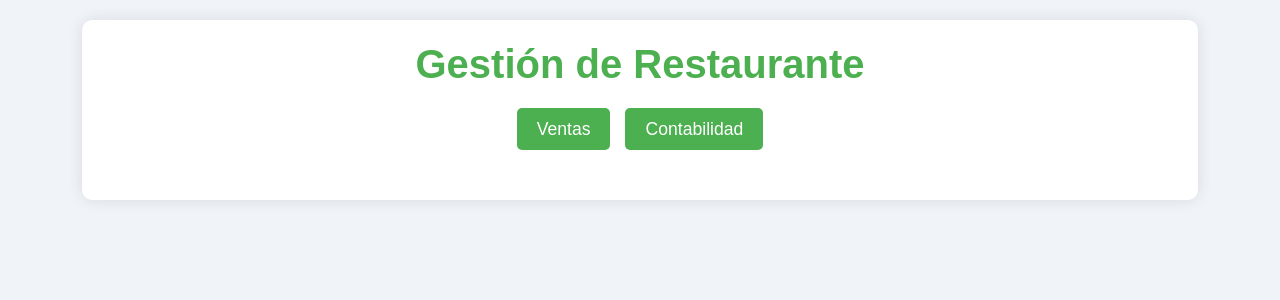
Repository: ElyulienUwU/Ingenieria_De_Software-Hamburguesas-
Page: index.html
An editor plug-in stored every save of this project. The page is shown before and after the next save, followed by the edit.
The browser window is 1280 px wide. The pictures show the whole page.

Above is the page before, as saved 2025-05-01 18:50:22.
Console error: TypeError: Cannot read properties of null (reading 'classList')

After the next save:
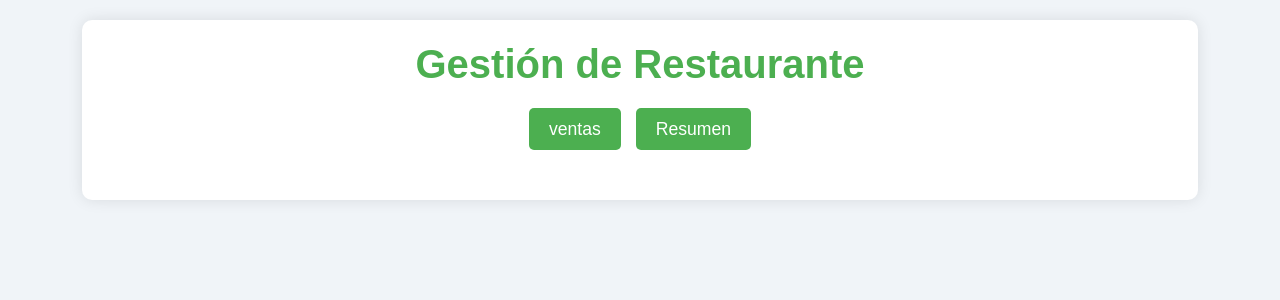
Saved 1 s later.
--- a/index.html
+++ b/index.html
@@ -14,8 +14,8 @@
         <header>
             <h1>Gestión de Restaurante</h1>
             <nav>
-                <button onclick="showSection('ventas')">Ventas</button>
-                <button onclick="showSection('finanzas')">Contabilidad</button>
+                <button onclick="showSection('ventas')">ventas</button>
+                <button onclick="showSection('finanzas')">Resumen</button>
             </nav>
         </header>
 
@@ -48,24 +48,14 @@
 
                 <button type="submit">Registrar Venta</button>
             </form>
-            <h3>Total Ventas: $<span id="total-ventas">0.00</span></h3>
+            <h3>Total Venta: $<span id="total-venta">0.00</span></h3>
         </div>
 
         <div class="section" id="finanzas">
             <h2>Resumen</h2>
-            <h3>Registro de Compras</h3>
-            <form id="form-compra">
-                <input type="text" id="producto-compra" placeholder="Producto" required>
-                <input type="number" id="cantidad-compra" placeholder="Cantidad" required>
-                <input type="number" step="0.01" id="precio-compra" placeholder="Precio Unitario" required>
-                <button type="submit">Registrar Compra</button>
-            </form>
-            <h3>Registrar un Gasto</h3>
-            <form id="form-gasto">
-                <input type="text" id="concepto-gasto" placeholder="Concepto" required>
-                <input type="number" step="0.01" id="monto-gasto" placeholder="Monto" required>
-                <button type="submit">Registrar Gasto</button>
-            </form>
+            <h3>Registro de Ventas</h3>
+            <ul id="listaVentas">
+            </ul>
         </div>
     </div>
 
